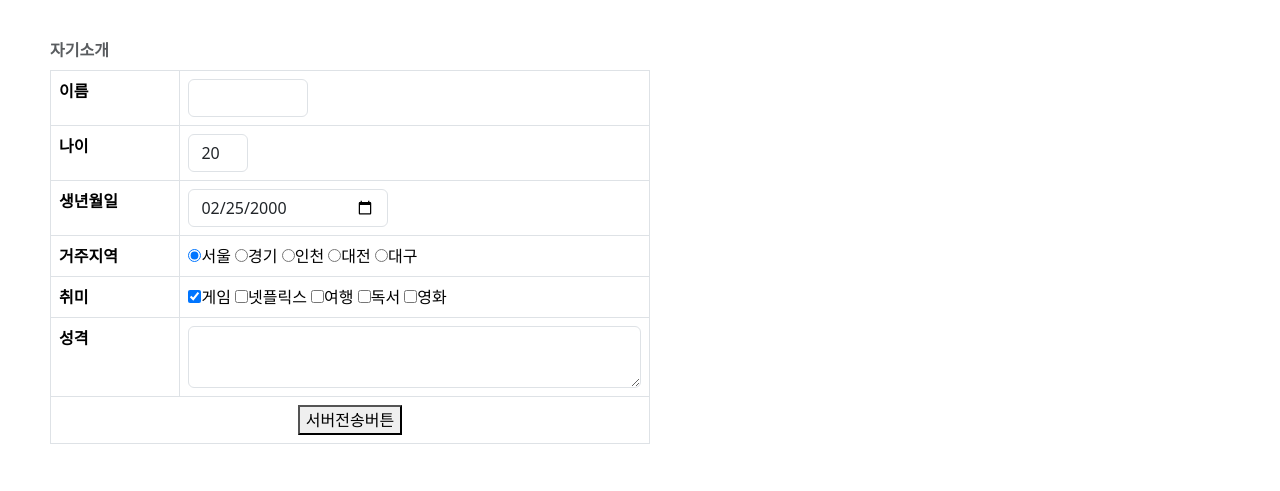
Repository: GANADAG/jspProject
Page: http://localhost/JspProject/intro/addForm.jsp
These files come from the project's save history. The page is drawn as it stood at one moment and after the next save; the edit follows.
The browser window is 1280 px wide. The pictures show the whole page.
Some web fonts or font styles are not loaded; a fallback is used. The page is served by Tomcat 9. Other server files are loaded and not shown.

Above is the page before, as saved 2024-03-06 07:34:31.

### JspProject/src/main/webapp/intro/addForm.jsp
<%@ page language="java" contentType="text/html; charset=UTF-8"
    pageEncoding="UTF-8"%>
<!DOCTYPE html>
<html>
<head>
<meta charset="UTF-8">
<link href="https://cdn.jsdelivr.net/npm/bootstrap@5.3.2/dist/css/bootstrap.min.css" rel="stylesheet">
<link href="https://fonts.googleapis.com/css2?family=Diphylleia&family=Dongle&family=Noto+Sans+KR:wght@100..900&family=Orbit&family=Stylish&display=swap" rel="stylesheet">
<script src="https://code.jquery.com/jquery-3.7.0.js"></script>

<title>Insert title here</title>
</head>
<body>
	<div style="margin: 30px 50px">
		<form action="addAction.jsp" method="post">
			<table class="table table-bordered" style="width:600px;">
				<caption align="top"><b>자기소개</b></caption>
				<tr>
				<th>이름</th>
				<td>
				<input type="text" name="name" class="form-control" required="required" style="width:120px;">
				</td>
				</tr>

				<tr>
				<th>나이</th>
				<td>
				<input type="number" name="age" class="form-control" value="20" style="width:60px;">
				</td>
				</tr>

				<tr>
				<th>생년월일</th>
				<td>
				<input type="date" name="birthday" class="form-control" value="2000-02-25" style="width:200px;">
				</td>
				</tr>

				<tr>
					<th>거주지역</th>
					<td>
						<label><input type="radio" name="hometown" value="서울" checked="checked">서울</label>
						<label><input type="radio" name="hometown" value="경기">경기</label>
						<label><input type="radio" name="hometown" value="인천">인천</label>
						<label><input type="radio" name="hometown" value="대전">대전</label>
						<label><input type="radio" name="hometown" value="대구">대구</label>
					</td>
				</tr>

				<tr>
					<th>취미</th>
					<td>
						<label><input type="checkbox" name="hobby" value="게임" checked="checked">게임</label>
						<label><input type="checkbox" name="hobby" value="넷플릭스">넷플릭스</label>
						<label><input type="checkbox" name="hobby" value="여행">여행</label>
						<label><input type="checkbox" name="hobby" value="독서">독서</label>
						<label><input type="checkbox" name="hobby" value="영화">영화</label>
					</td>
				</tr>

				<tr>
					<th>성격</th>
					<td>
						<textarea style="width:px; height:"100px;" palceholder="자유롭게 서술"
						class="form-control"></textarea>
					</td>
				</tr>

				<tr>
					<td colspan="2" align="center">
						<button type="submit" class="btn-btn-outline-success">서버전송버튼</button>
					</td>
				</tr>

			</table>
		</form>
	</div>
</body>
</html>

After the next save:
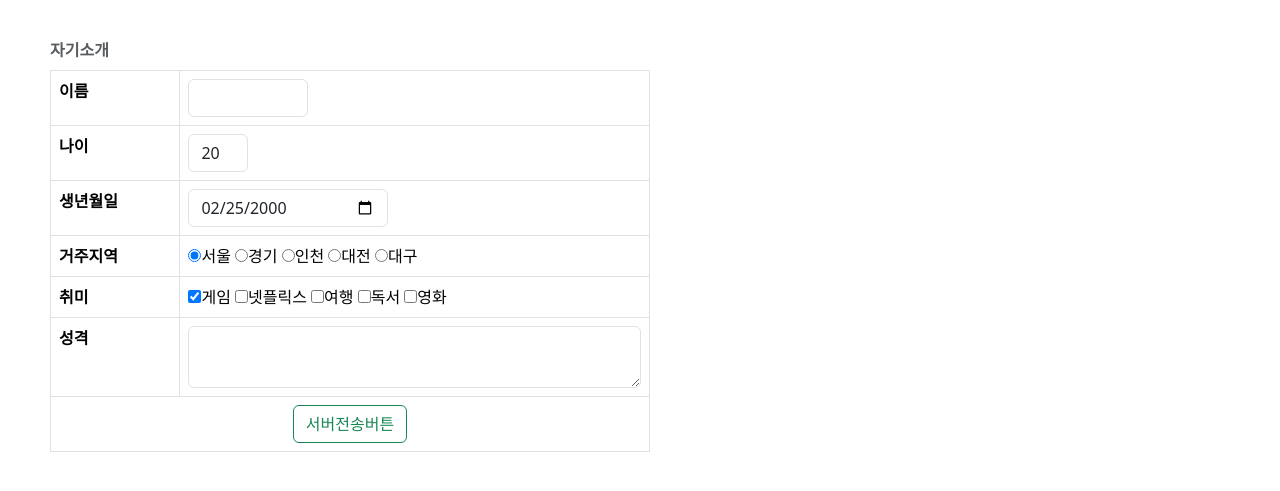
Saved 16 s later.
--- a/JspProject/src/main/webapp/intro/addForm.jsp
+++ b/JspProject/src/main/webapp/intro/addForm.jsp
@@ -68,7 +68,7 @@
 
 				<tr>
 					<td colspan="2" align="center">
-						<button type="submit" class="btn-btn-outline-success">서버전송버튼</button>
+						<button type="submit" class="btn btn-outline-success">서버전송버튼</button>
 					</td>
 				</tr>
 
